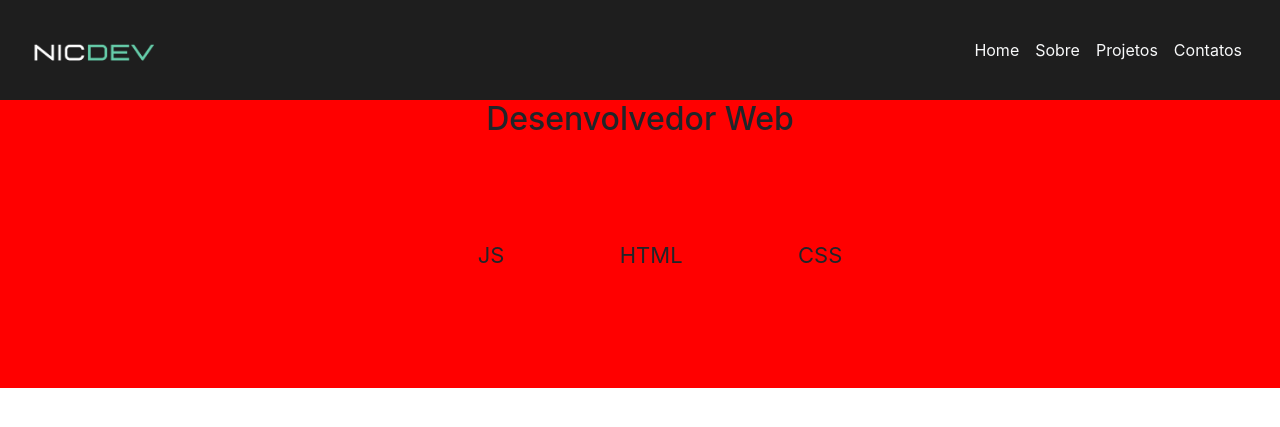
Repository: Leonngc/nicdev
Page: index.html
These files come from the project's save history. The page is drawn as it stood at one moment and after a run of saves; the edit follows.
The browser window is 1280 px wide. The pictures show the whole page.

Above is the page before, as saved 2023-04-12 23:30:43.

After the next 3 saves:
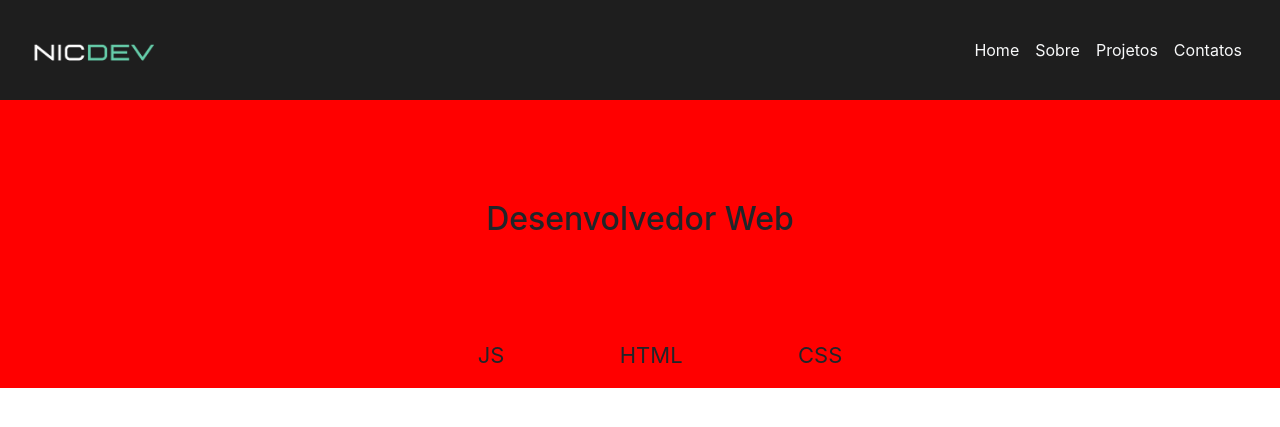
The 3 saves are shown as one change because they came seconds apart.
The last was saved 15 s later.
--- a/styles/gradiente.css
+++ b/styles/gradiente.css
@@ -6,6 +6,7 @@
    background-color: red;
    justify-content: center;
    text-align: center;
+   padding-top: 100px;
 
 }
 
